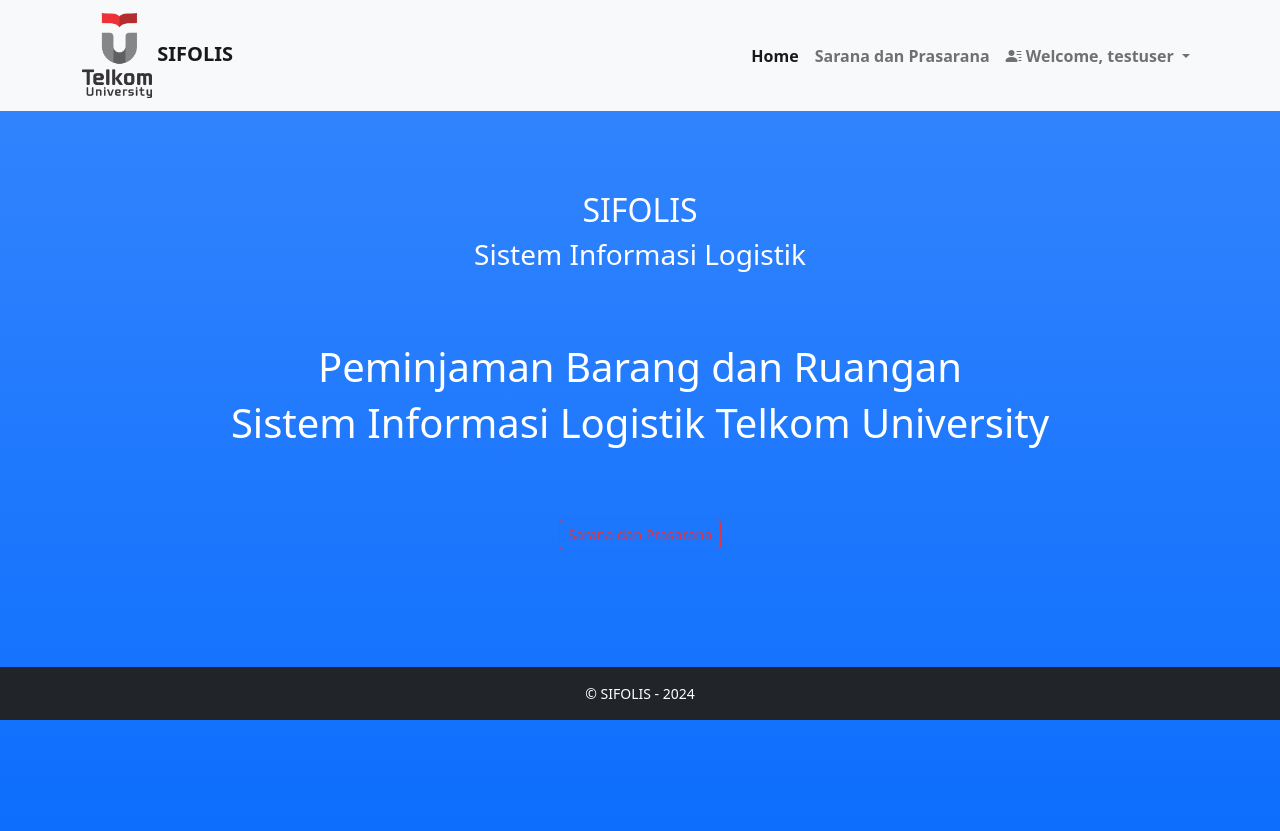
Repository: Audi87/uas_framework
Page: http://localhost/
These files come from the project's save history. The page is drawn as it stood at one moment and after the next save; the edit follows.
The browser window is 1280 px wide. The pictures show the whole page.
Some web libraries are served in a nearby version. The page is served by the project's Laravel application, run on PHP 8.4 with Laravel 10. A made-up administrator, Test User (test@example.com), is signed in.

Above is the page before, as saved 2024-06-13 20:31:56.

After the next save:
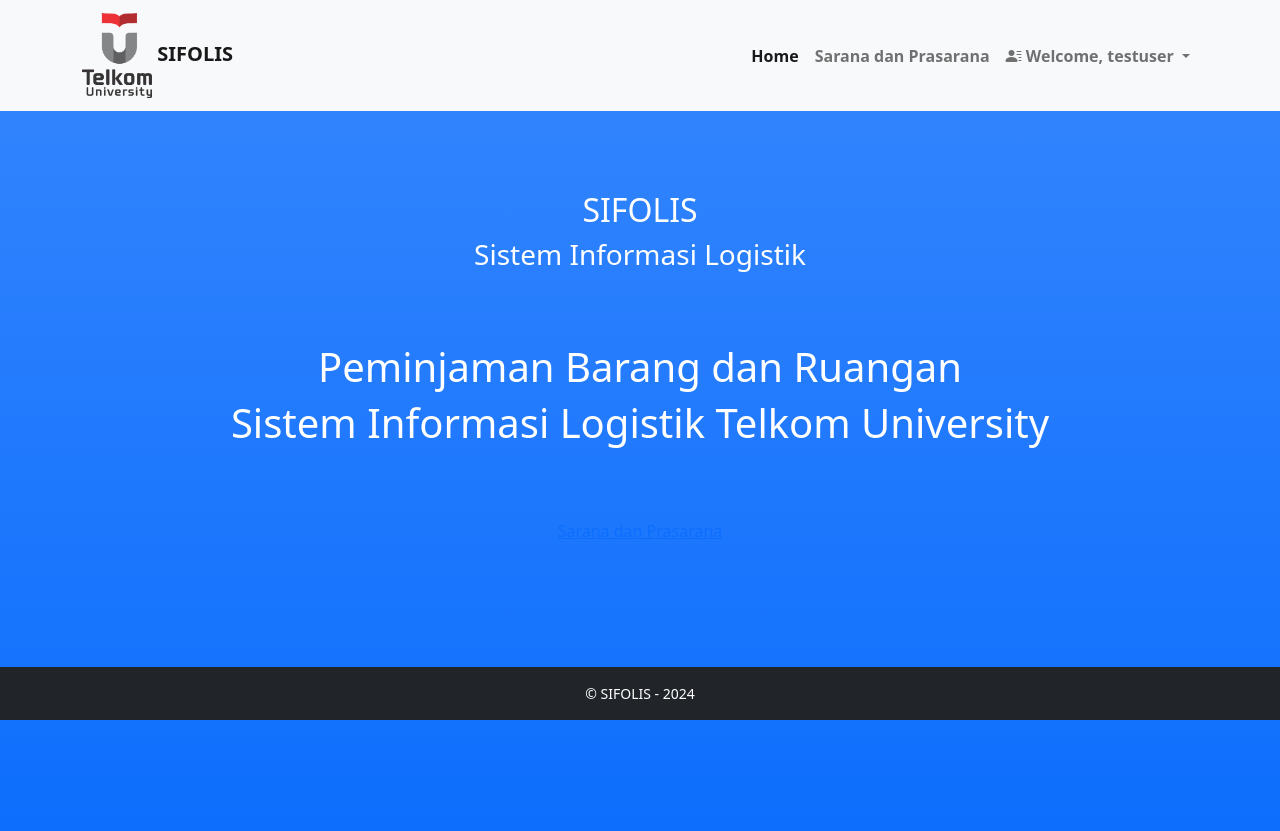
Saved 99 s later.
--- a/resources/views/index.blade.php
+++ b/resources/views/index.blade.php
@@ -59,7 +59,7 @@
 
             <div class="row py-3 text-center mt-5" data-aos="flip-left" data-aos-duration="2000">
                 <div class="col-lg-12">
-                    <a href="sarana dan prasarana" class="btn btn-outline-danger btn-sm">Sarana dan Prasarana</a>
+                    <a href="sarana dan prasarana" class="</div>">Sarana dan Prasarana</a>
                 </div>
             </div><br><br><br><br><br><br>
 
